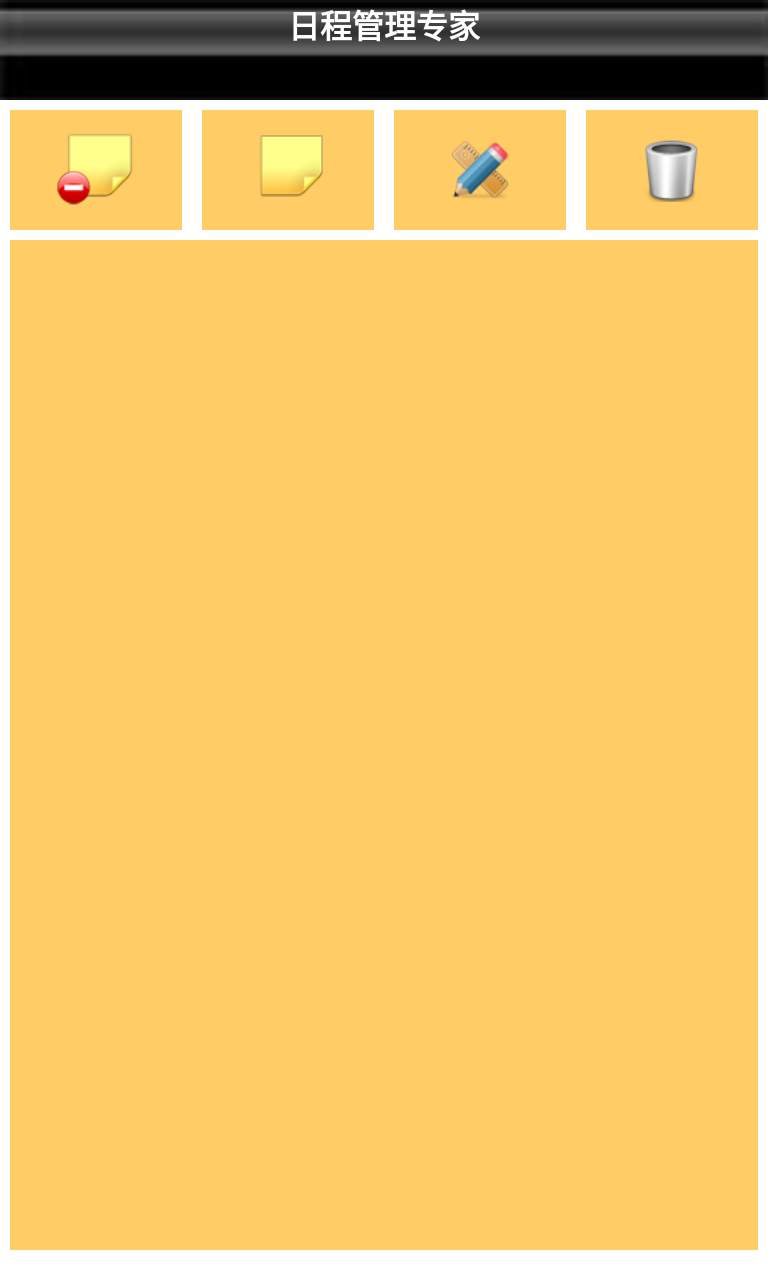
Repository: gogolaile/CoolWeather
Layout: DayDel/res/layout/search.xml
These files come from the project's save history. The layout is drawn as it stood at one moment and after the next save; the edit follows.
It is drawn on a 768 x 1280 px phone screen (xhdpi) without system bars, with theme android:Theme.NoTitleBar.Fullscreen; the app's code is not run. Lists and similar views that code fills are empty.

Above is the layout before, as saved 2015-12-07 02:49:52.

### DayDel/res/layout/search.xml
<LinearLayout xmlns:android="http://schemas.android.com/apk/res/android"
    android:layout_width="match_parent"
    android:layout_height="match_parent"
    android:background="#FFFF"
    android:orientation="vertical">

    <FrameLayout
        android:layout_width="match_parent"
        android:layout_height="50dp"
        android:background="@drawable/title">
    <TextView
        android:layout_width="wrap_content"
        android:layout_height="wrap_content"
        android:text="@string/day_manager"
        android:textSize="16sp"
        android:textColor="#FFFF"
        android:textStyle="bold"
        android:layout_gravity="center_horizontal"
        />
     </FrameLayout>
     <LinearLayout
         android:layout_width="match_parent"
         android:layout_height="wrap_content"
         android:orientation="horizontal">
          <ImageButton
             android:id = "@+id/delete_b_search"
             android:layout_width="0dp"
             android:layout_height="60dp"
             android:layout_weight="1"
             android:layout_margin="5dp"
             android:padding="20dp"
             android:background="#FFCC66"
             android:src="@drawable/delete"/>
           <ImageButton
             android:id = "@+id/check_b_search"
             android:layout_width="0dp"
             android:layout_height="60dp"
             android:layout_weight="1"
             android:layout_margin="5dp"
             android:padding="20dp"
             android:background="#FFCC66"
             android:src="@drawable/check"/>
            <ImageButton
             android:id = "@+id/edit_b_search"
             android:layout_width="0dp"
             android:layout_height="60dp"
             android:layout_weight="1"
             android:layout_margin="5dp"
             android:padding="20dp"
             android:background="#FFCC66"
             android:src="@drawable/edit"/>
           <ImageButton
             android:id = "@+id/comeback_b_search"
             android:layout_width="0dp"
             android:layout_height="60dp"
             android:layout_weight="1"
             android:layout_margin="5dp"
             android:padding="20dp"
             android:background="#FFCC66"
             android:src="@drawable/deleteall"/>
     </LinearLayout>
     <ListView
             android:layout_width="match_parent"
             android:layout_height="match_parent"
             android:background="#FFCC66"
             android:layout_marginLeft="5dp"
             android:layout_marginRight="5dp"
             android:layout_marginBottom="15dp">
     </ListView>
</LinearLayout>

### DayDel/res/values/strings.xml
<?xml version="1.0" encoding="utf-8"?>
<resources>

    <string name="app_name">DayDel</string>
    <string name="hello_world">Hello world!</string>
    <string name="action_settings">Settings</string>
    <string name="day_manager">日程管理专家</string>
    <string name="duty">已有日程</string>
    <string name="type">类型</string>
    <string name="theme">主题</string>
    <string name="remark">备注</string>
    <string name="add">添加</string>
    <string name="comeback">返回上一页</string>
    <string name="add_new_type">添加新类型</string>
    <string name="type_manager">类型管理</string>
    <string name="existing_type">已有类型</string>
    <string name="complete">完成</string>
    <string name="cancel">取消</string>
    <string name="set_the_alarm">设置闹钟</string>
    <string name="set_the_time">设置日期和时间</string>
    <string name="edit">更改</string>
    <string name="search">搜索</string>
    <string name="search_result">查找结果</string>
    <string name="limited_date_range">限定日期范围</string>
    <string name="conditions_search">按条件搜索</string>
    <string name="search_from">从指定类型中搜索</string>
    <string name="choose_all_type">选定以上所有类型</string>
    <string name="metting">会议</string>
    <string name="memo">备忘</string>
    <string name="date">约会</string>
    <string name="backlog">待办</string>
    <string name="date_changed">修改日程</string>
    <string name="date_build">新建日程</string>
    <string name="day">日期:2011/06/19</string>
    <string name="time">时间:08:00</string>
    <string name="alarm">闹钟:无闹钟</string>
    <string name="daytype_manage">日程类型管理</string>
</resources>

After the next save:
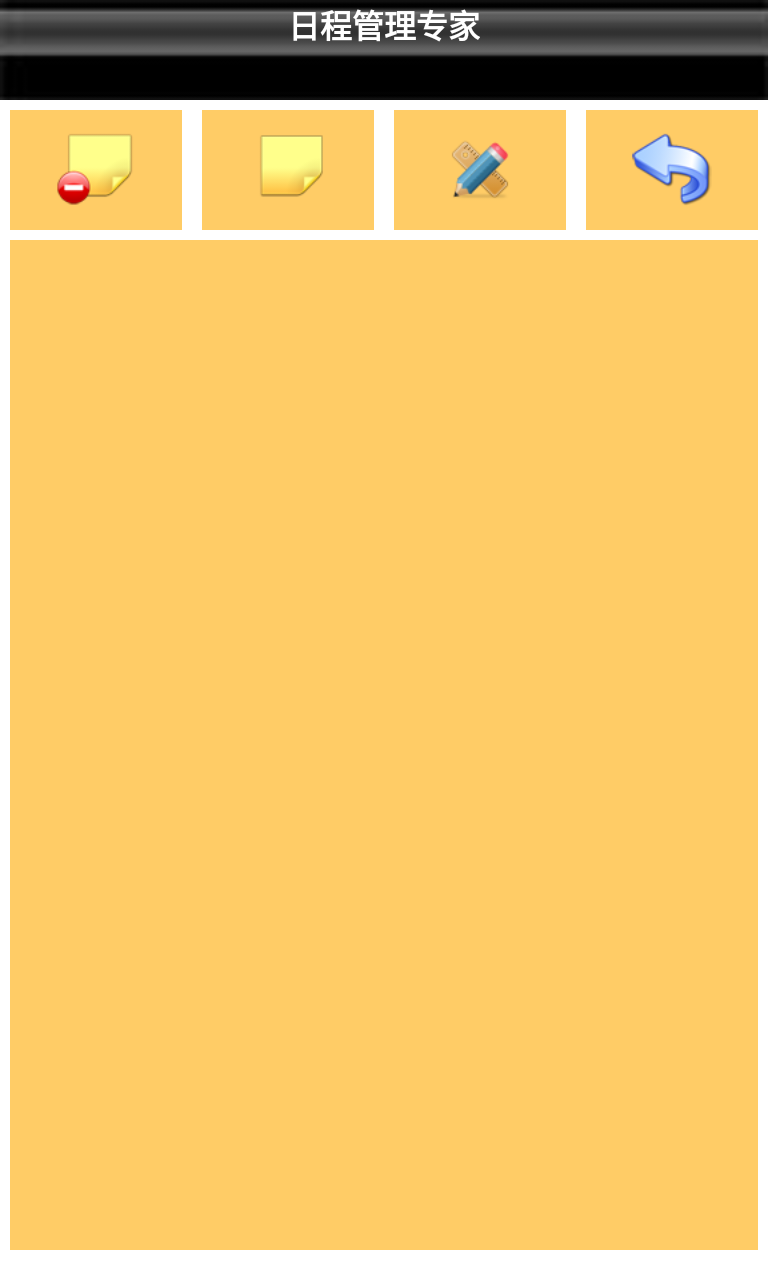
Saved 68 s later.
--- a/DayDel/res/layout/search.xml
+++ b/DayDel/res/layout/search.xml
@@ -57,7 +57,7 @@
              android:layout_margin="5dp"
              android:padding="20dp"
              android:background="#FFCC66"
-             android:src="@drawable/deleteall"/>
+             android:src="@drawable/back"/>
      </LinearLayout>
      <ListView
              android:layout_width="match_parent"
